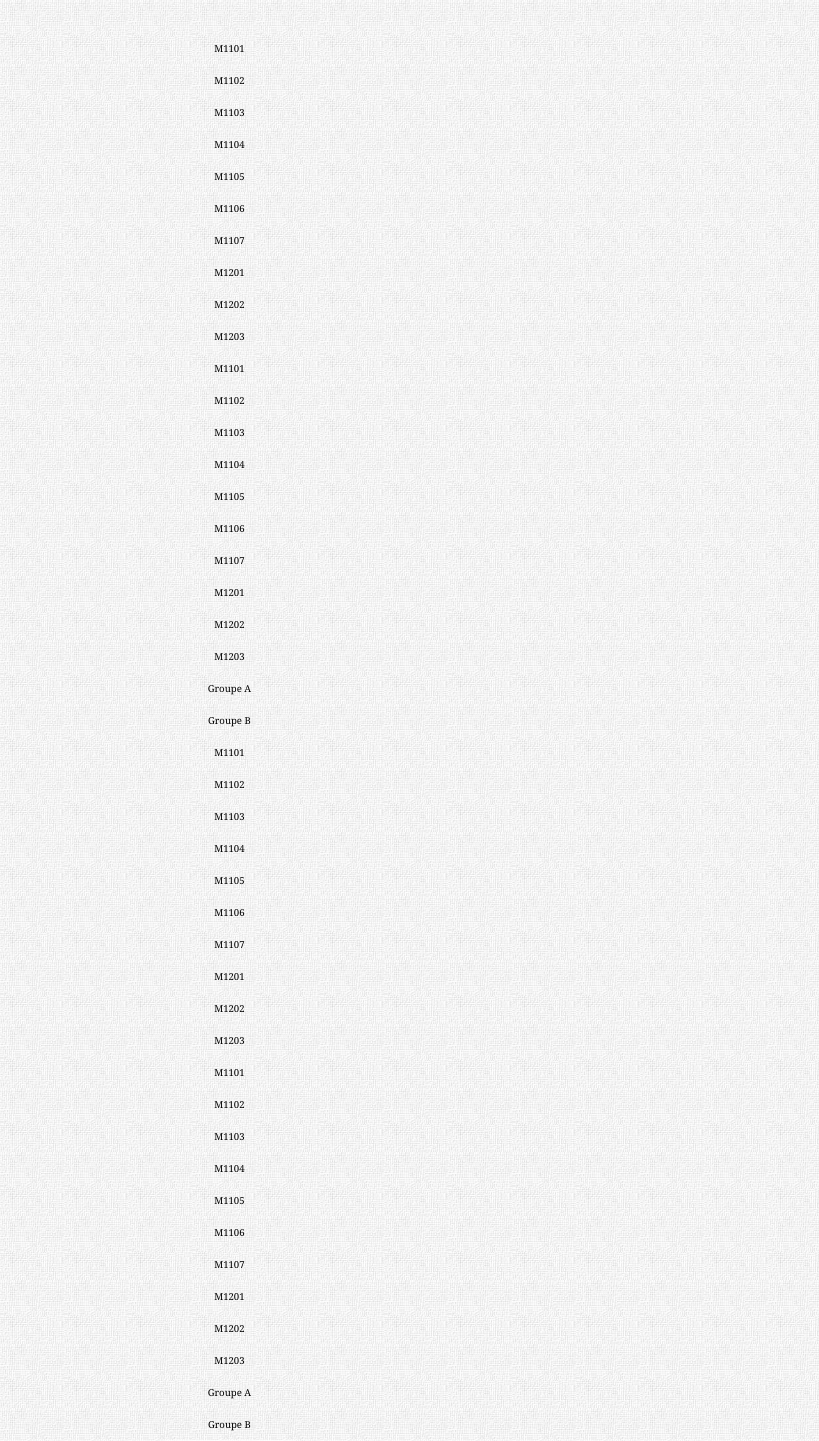
Repository: ValentinArg/PETUT
Page: http://localhost/PETUT/WEB-INF/jsp/eleve/semestre1.jsp
These files come from the project's save history. The page is drawn as it stood at one moment and after the next save; the edit follows.
The browser window is 1280 px wide. The pictures show the whole page, at 64% of full size.
The page is served by Tomcat 9. Nobody is signed in. The template is opened directly, without the code that normally fills it, so the values that code supplies are empty.

Above is the page before, as saved 2016-10-01 14:02:06.

After the next save:
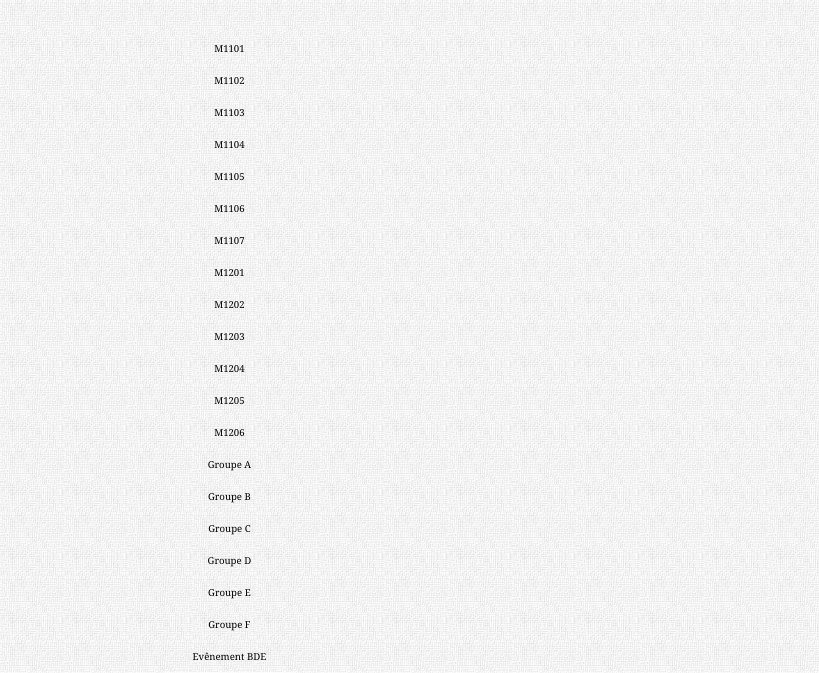
Saved 109 min 36 s later.
--- a/PETUT/WebContent/WEB-INF/jsp/eleve/semestre1.jsp
+++ b/PETUT/WebContent/WEB-INF/jsp/eleve/semestre1.jsp
@@ -22,40 +22,17 @@
 				<li class="parent" id="parent2"><p class="module">M1201</p></li>
 				<li class="parent" id="parent1"><p class="module">M1202</p></li>
 				<li class="parent" id="parent2"><p class="module">M1203</p></li>
-				<li class="parent" id="parent1"><p class="module">M1101</p></li>
-				<li class="parent" id="parent2"><p class="module">M1102</p></li>
-				<li class="parent" id="parent1"><p class="module">M1103</p></li>
-				<li class="parent" id="parent2"><p class="module">M1104</p></li>
-				<li class="parent" id="parent1"><p class="module">M1105</p></li>
-				<li class="parent" id="parent2"><p class="module">M1106</p></li>
-				<li class="parent" id="parent1"><p class="module">M1107</p></li>
-				<li class="parent" id="parent2"><p class="module">M1201</p></li>
-				<li class="parent" id="parent1"><p class="module">M1202</p></li>
-				<li class="parent" id="parent2"><p class="module">M1203</p></li>
+				<li class="parent" id="parent1"><p class="module">M1204</p></li>
+				<li class="parent" id="parent2"><p class="module">M1205</p></li>
+				<li class="parent" id="parent1"><p class="module">M1206</p></li>
 				<li class="parent" id="parent1"><p class="module">Groupe A</p></li>
 				<li class="parent" id="parent2"><p class="module">Groupe B</p></li>
-				<li class="parent" id="parent1"><p class="module">M1101</p></li>
-				<li class="parent" id="parent2"><p class="module">M1102</p></li>
-				<li class="parent" id="parent1"><p class="module">M1103</p></li>
-				<li class="parent" id="parent2"><p class="module">M1104</p></li>
-				<li class="parent" id="parent1"><p class="module">M1105</p></li>
-				<li class="parent" id="parent2"><p class="module">M1106</p></li>
-				<li class="parent" id="parent1"><p class="module">M1107</p></li>
-				<li class="parent" id="parent2"><p class="module">M1201</p></li>
-				<li class="parent" id="parent1"><p class="module">M1202</p></li>
-				<li class="parent" id="parent2"><p class="module">M1203</p></li>
-				<li class="parent" id="parent1"><p class="module">M1101</p></li>
-				<li class="parent" id="parent2"><p class="module">M1102</p></li>
-				<li class="parent" id="parent1"><p class="module">M1103</p></li>
-				<li class="parent" id="parent2"><p class="module">M1104</p></li>
-				<li class="parent" id="parent1"><p class="module">M1105</p></li>
-				<li class="parent" id="parent2"><p class="module">M1106</p></li>
-				<li class="parent" id="parent1"><p class="module">M1107</p></li>
-				<li class="parent" id="parent2"><p class="module">M1201</p></li>
-				<li class="parent" id="parent1"><p class="module">M1202</p></li>
-				<li class="parent" id="parent2"><p class="module">M1203</p></li>
-				<li class="parent" id="parent1"><p class="module">Groupe A</p></li>
-				<li class="parent" id="parent2"><p class="module">Groupe B</p></li>
+				<li class="parent" id="parent1"><p class="module">Groupe C</p></li>
+				<li class="parent" id="parent2"><p class="module">Groupe D</p></li>
+				<li class="parent" id="parent1"><p class="module">Groupe E</p></li>
+				<li class="parent" id="parent2"><p class="module">Groupe F</p></li>
+				<li class="parent" id="parent1"><p class="module">Evênement BDE</p></li>
+
 			</ul>
 		</div>
 	</div>
